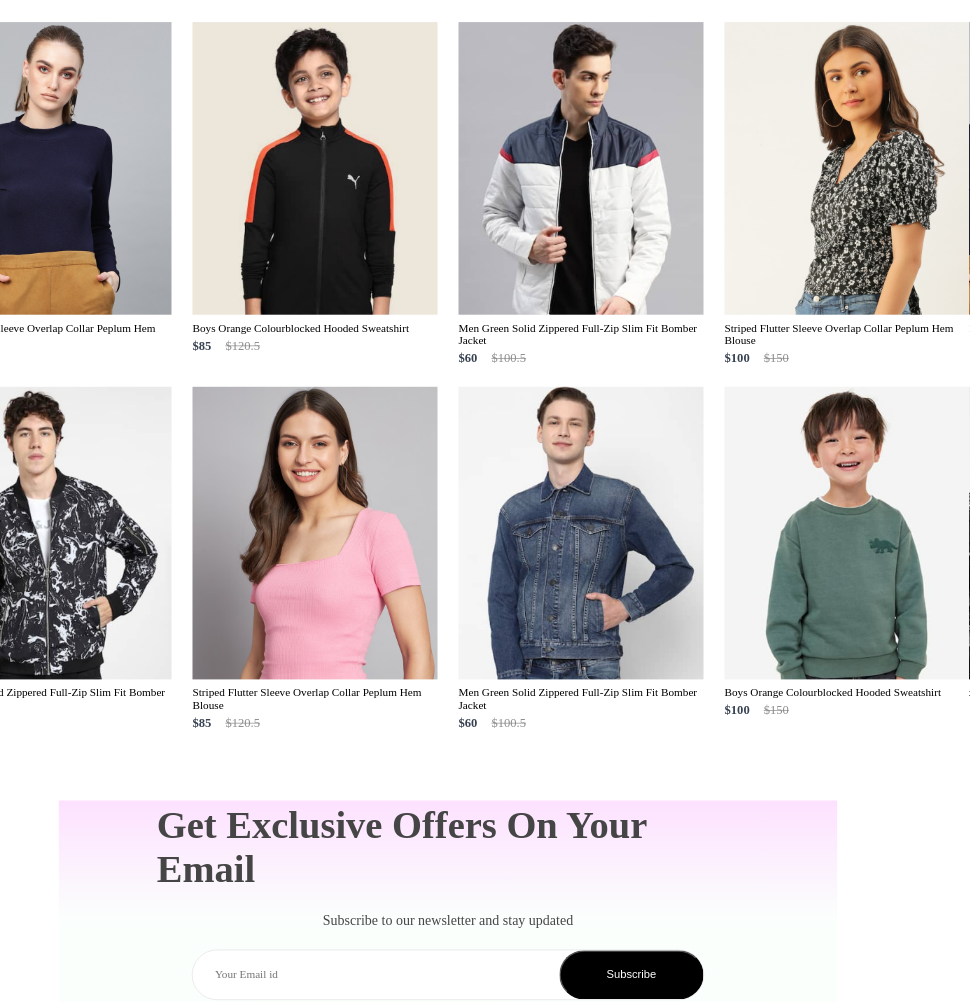
Repository: Nandhini653/SHOPPER-ECOM
Page: /
An editor plug-in stored every save of this project. The page is shown before and after a run of saves, followed by the edit.
The browser window is 1280 px wide. The page is 1385 px wide, so the pictures cover 1385 px, including what lies to the right of the window. The pictures show the part of the page from y = 2151 to 3911 px (the page is 3583 px tall before and 3911 px after), at 70% of full size.
The project was rebuilt for these pictures with package versions that can differ from the ones it lists, and the page was loaded fresh each time. Also part of the build but not shown: src/App.css, src/Pages/ShopCategory.jsx, src/Pages/Cart.jsx, src/Pages/LoginSignup.jsx, src/Pages/Product.jsx, src/Components/Footer/Footer.css.

Above is the page before, as saved 2024-06-22 18:27:10.

After the next 5 saves:
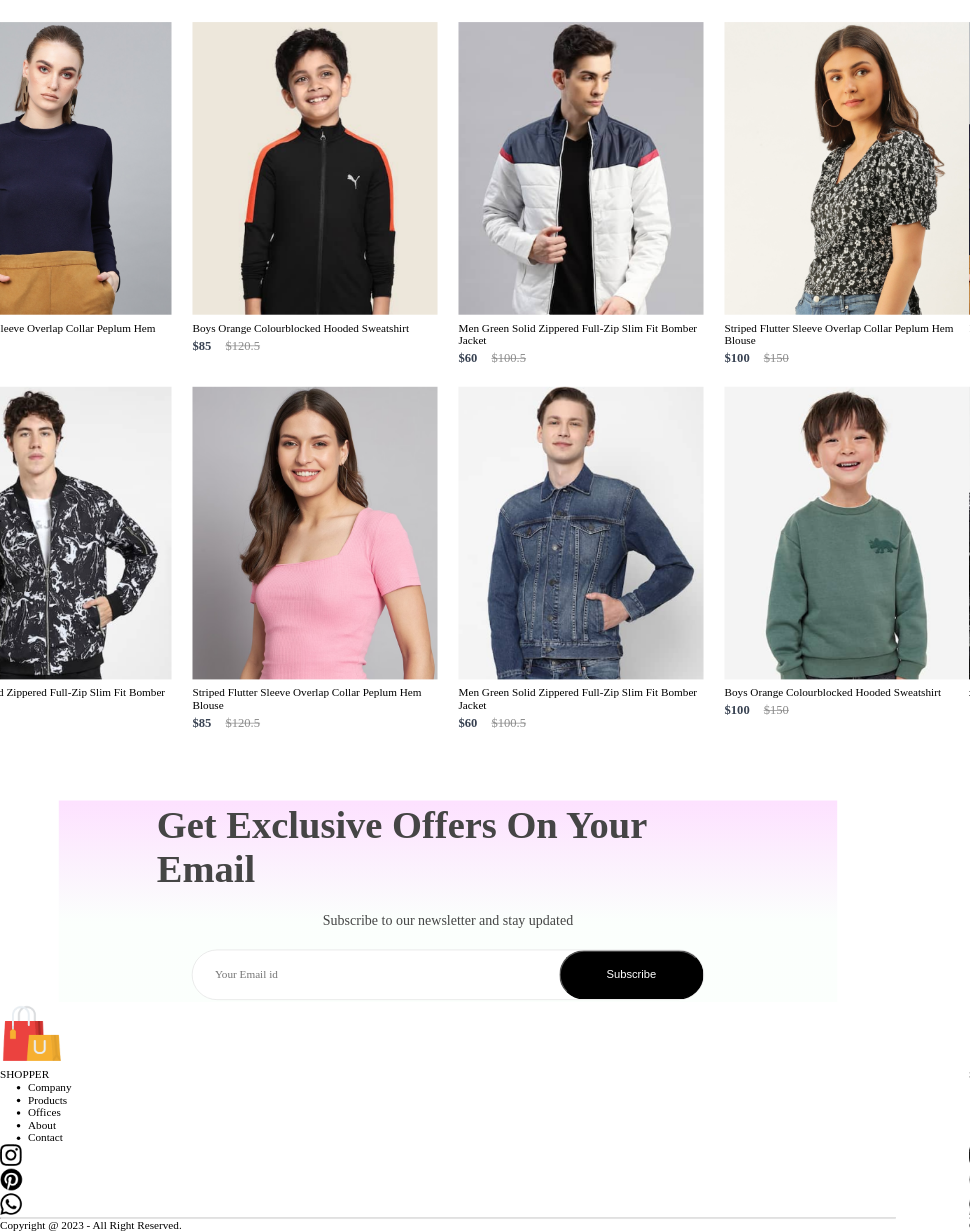
The 5 saves are shown as one change because 2 did not build or start and some came seconds apart.
The last was saved 91 s later.
--- a/src/Pages/Shop.jsx
+++ b/src/Pages/Shop.jsx
@@ -4,6 +4,7 @@ import Popular from '../Components/Popular/Popular'
 import Offers from '../Components/Offers/Offers'
 import NewCollections from '../Components/NewCollections/NewCollections'
 import NewsLetter from '../Components/NewsLetter/NewsLetter'
+import Footer from '../Components/Footer/Footer'
 
 const Shop = () => {
   return (
@@ -13,6 +14,7 @@ const Shop = () => {
       <Offers/>
       <NewCollections/>
       <NewsLetter/>
+      <Footer/>
     </div>
   )
 }
--- a/src/Components/Footer/Footer.jsx
+++ b/src/Components/Footer/Footer.jsx
@@ -2,7 +2,7 @@ import React from 'react'
 import './Footer.css'
 import footer_logo from '../Assests/logo_big.png'
 import instagram_icon from '../Assests/instagram_icon.png'
-import pintester from '../Assests/pintester_icon.png'
+import pintester_icon from '../Assests/pintester_icon.png'
 import whatsapp_icon from '../Assests/whatsapp_icon.png'
 
 const Footer = () => {
